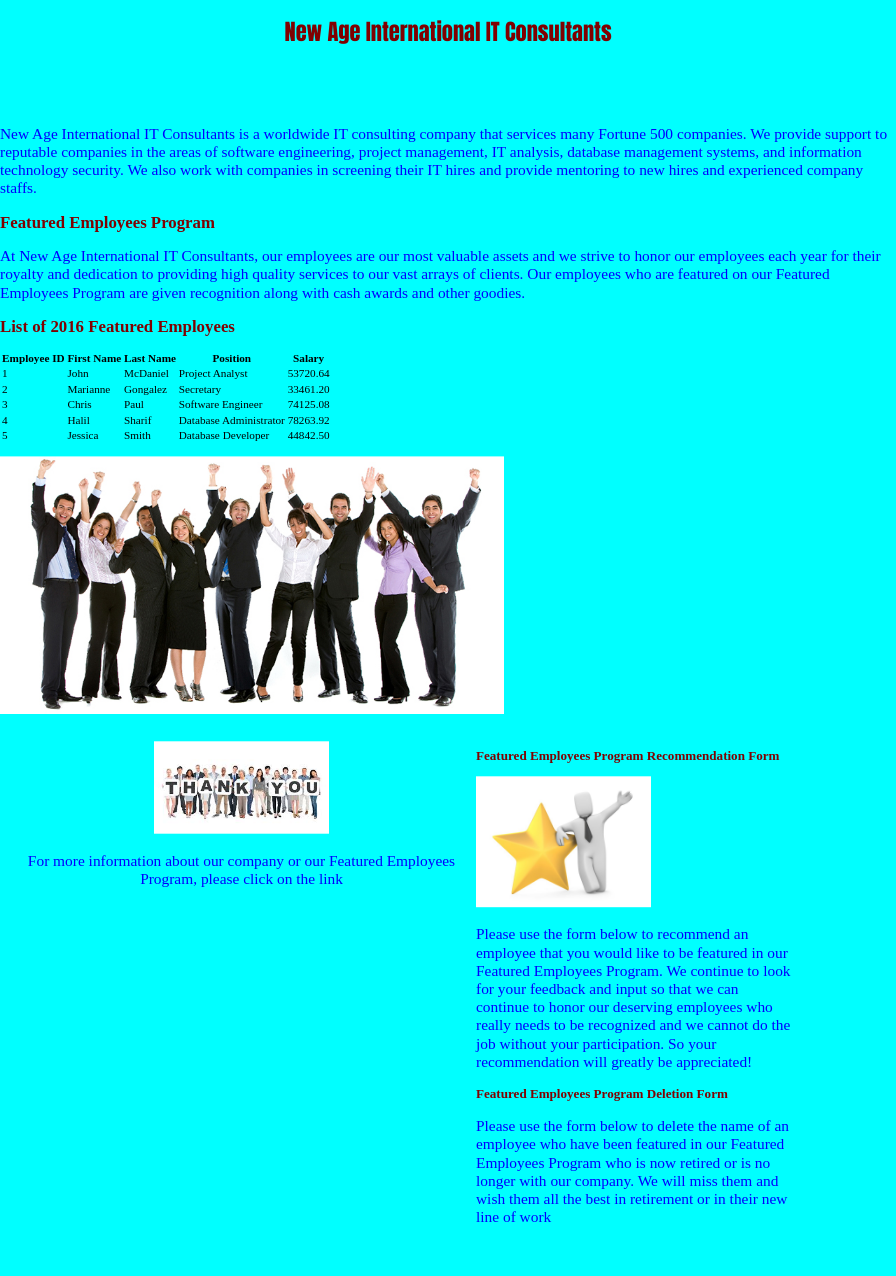
Repository: myjavaweb2/Week5JDBCAssignments
Page: myweek4project/src/main/webapp/employee.html
The author's editor kept a copy of each file at every save. The page is drawn from the files as they stood at one save, then again after the next save.
The browser window is 1280 px wide. The pictures show the whole page, at 70% of full size.

Above is the page before, as saved 2016-08-30 18:54:08.

### myweek4project/src/main/webapp/employee.html
<!DOCTYPE html>
<html>
<head>
<meta charset="ISO-8859-1">
<title>Employee Recognition Program</title>

<link rel="stylesheet" type="text/css" href="styles.css">
</head>
<body>

<header>

<h1>New Age International IT Consultants</h1>

</header>

<p>New Age International IT Consultants is a worldwide IT consulting company
that services many Fortune 500 companies. We provide support to reputable
companies in the areas of software engineering, project management, IT analysis,
database management systems, and information technology security. We also work
with companies in screening their IT hires and provide mentoring to new hires
and experienced company staffs.</p>

<h2>Featured Employees Program</h2>
<p>At New Age International IT Consultants, our employees are our most valuable
assets and we strive to honor our employees each year for their royalty and
dedication to providing high quality services to our vast arrays of clients.
Our employees who are featured on our Featured Employees Program are given
recognition along with cash awards and other goodies.</p>

<h2>List of 2016 Featured Employees</h2>

<table class="table table-striped">
  <tr>
  	<th>Employee ID</th>
    <th>First Name</th>
    <th>Last Name</th>
    <th>Position</th>
    <th>Salary</th>
  </tr>
  <tr>
  	<td>1</td>
    <td>John</td>
    <td>McDaniel</td>
    <td>Project Analyst</td>
    <td>53720.64</td>
  </tr>
  <tr>
    <td>2</td>
    <td>Marianne</td>
    <td>Gongalez</td>
    <td>Secretary</td>
    <td>33461.20</td>
  </tr>
  <tr>
    <td>3</td>
    <td>Chris</td>
    <td>Paul</td>
    <td>Software Engineer</td>
    <td>74125.08</td>
  </tr>
  <tr>
    <td>4</td>
    <td>Halil</td>
    <td>Sharif</td>
    <td>Database Administrator</td>
    <td>78263.92</td>
  </tr>
  <tr>
    <td>5</td>
    <td>Jessica</td>
    <td>Smith</td>
    <td>Database Developer</td>
    <td>44842.50</td>
  </tr>
</table>
<br>
<img alt="2016 Featured Employees" src="images/employees.jpg">



<aside>
<h3>Featured Employees Program Recommendation Form</h3>

<img alt="2016 Featured Employees" src="images/employee_pride.jpg" width="250px">

<p>Please use the form below to recommend an employee that you would like to be
featured in our Featured Employees Program. We continue to look for your feedback
and input so that we can continue to honor our deserving employees who really
needs to be recognized and we cannot do the job without your participation.
So your recommendation will greatly be appreciated!</p>

<form action="">

</form>

<h3>Featured Employees Program Deletion Form</h3>

<p>Please use the form below to delete the name of an employee who have been
featured in our Featured Employees Program who is now retired or is no longer
with our company. We will miss them and wish them all the best in retirement
or in their new line of work</p>

</aside>

<footer>

<img alt="2016 Featured Employees" src="images/employees2.jpg" width="250px">

<p>For more information about our company or our Featured Employees Program, please click on the link</p>


</footer>

</body>
</html>

### myweek4project/src/main/webapp/styles.css
html, body {
	margin: 0;
	padding: 0;
	border: 0;
	font-size: 100%;
	background-color: aqua;
}

header {
	height: 135px;
}

main {
	width: 950px;
	background-color: aqua;
	float: left;
	padding-left: 0;
	padding-right: 0;
	position: relative;
	right: 20px;
  	left: 80px;
  	top: 20px;
  	bottom: 15px;
}

aside {
	width: 450px;
	background-color: aqua;
	float: right;
	padding: 25px;
	padding-right: 150px;
}

footer {
	clear: left;
	padding: 35px;
	border: 5px;
	text-align: center;
}

p {
	font-style: Times New Roman, Tahoma, sans serif;
	font-size: 22px;
	color: blue;
}

h1, h2, h3 {
	font-family: fantasy, serif;
	color:maroon;
}

h1 {
	font-family: "Helvetica-Bold",Impact, sans serif;
	text-align: center;

}

ul {
	color:teal;
	font-size: 20px;
}
a {
	color: purple;
	text-decoration: none;
}

a:hover {

    text-decoration: line-through;
}

After the next save:
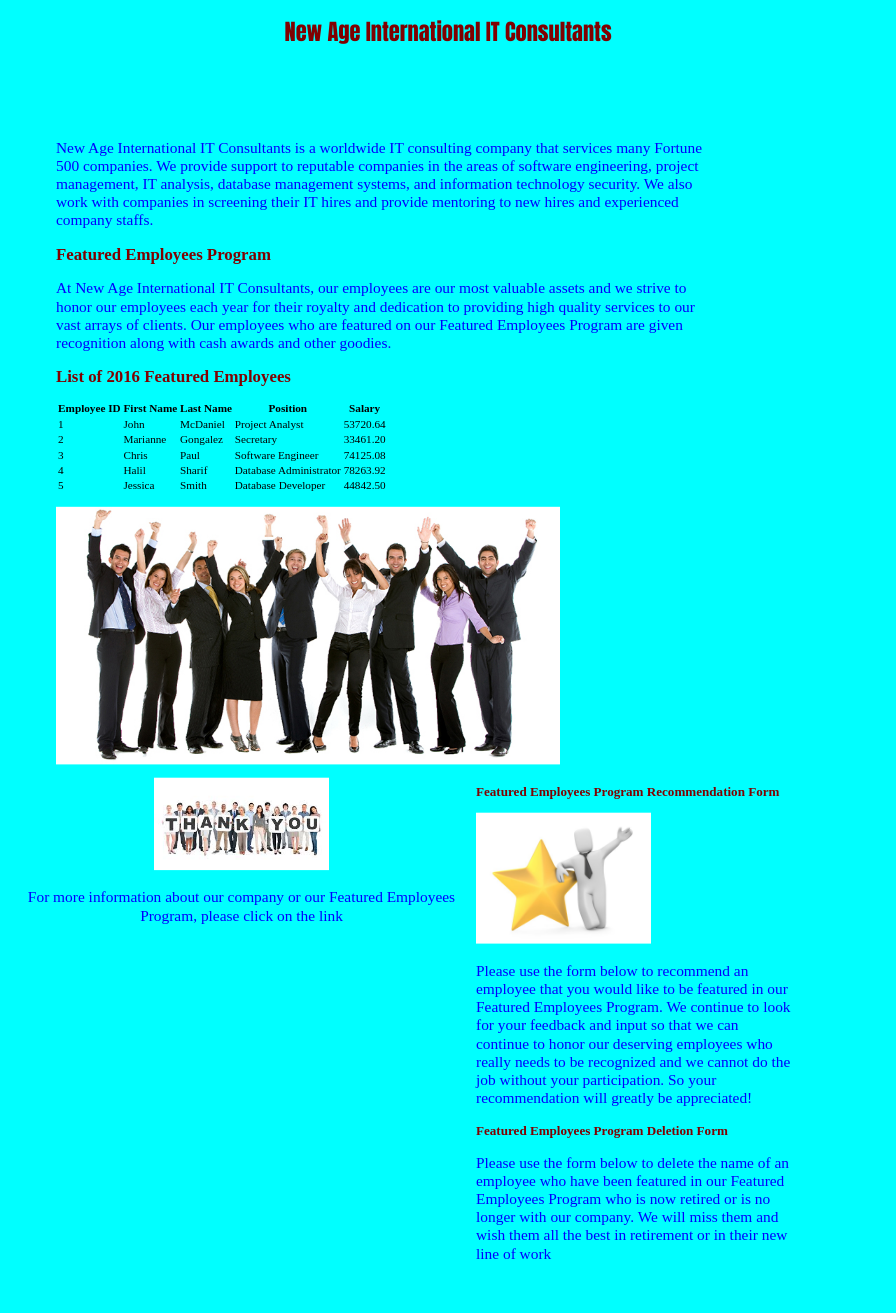
Saved 33 s later.
--- a/myweek4project/src/main/webapp/employee.html
+++ b/myweek4project/src/main/webapp/employee.html
@@ -13,6 +13,8 @@
 <h1>New Age International IT Consultants</h1>
 
 </header>
+
+<main>
 
 <p>New Age International IT Consultants is a worldwide IT consulting company
 that services many Fortune 500 companies. We provide support to reputable
@@ -77,7 +79,7 @@ recognition along with cash awards and other goodies.</p>
 <br>
 <img alt="2016 Featured Employees" src="images/employees.jpg">
 
-
+</main>
 
 <aside>
 <h3>Featured Employees Program Recommendation Form</h3>
